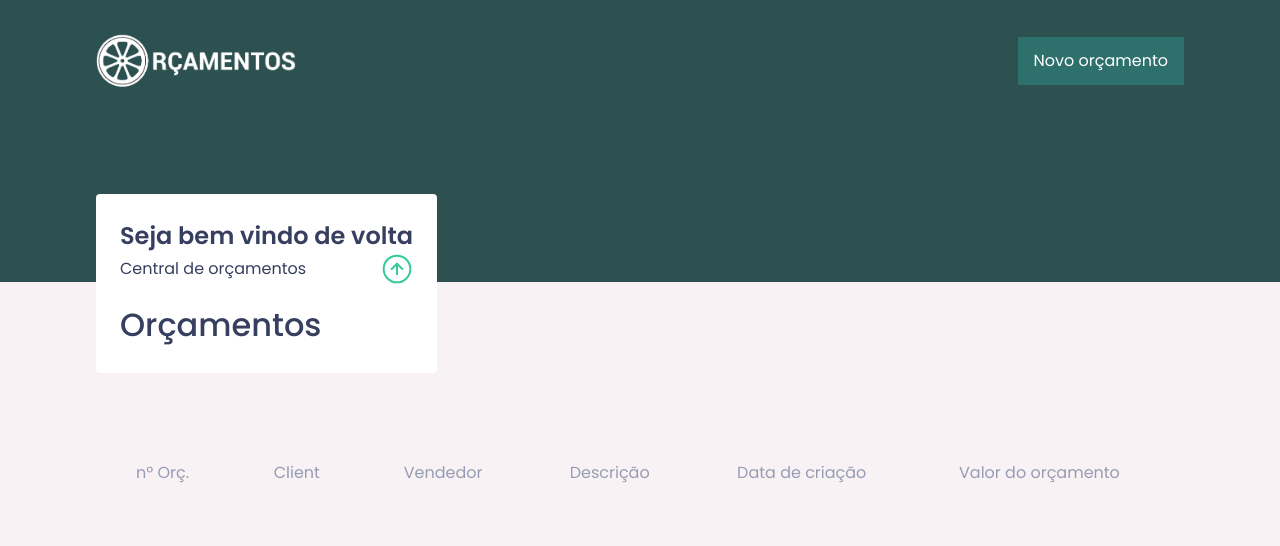
Repository: soualexandre/frentend-botOrcamentos
Page: /
An editor plug-in stored every save of this project. The page is shown before and after the next save, followed by the edit.
The browser window is 1280 px wide. The pictures show the whole page.
The page's requests for data from a server got no answer. The project was rebuilt for these pictures with package versions that can differ from the ones it lists, and the page was loaded fresh each time. No one was signed in, and anything a server would have sent is missing.

Above is the page before, as saved 2021-07-20 17:45:58.

### public/index.html
<!DOCTYPE html>
<html lang="en">
  <head>
    <link rel="preconnect" href="https://fonts.googleapis.com">
    <link rel="preconnect" href="https://fonts.gstatic.com" crossorigin>
    <meta charset="utf-8" />
    <meta name="viewport" content="width=device-width, initial-scale=1" />
    <link href="https://fonts.googleapis.com/css2?family=Poppins:wght@400;500;600&display=swap" rel="stylesheet">
    <link rel="stylesheet" href="favicon.png" type="image/png">
    <title>DtMoney</title>
  </head>
  <body>
    <noscript>You need to enable JavaScript to run this app.</noscript>
    <div id="root"></div>
  </body>
</html>

### src/App.tsx
import { Dashboard } from './components/Dashboard';
import { Header } from './components/Header';
import { GlobalStyle } from './styles/global';
import { ToastContainer } from 'react-toastify';
import 'react-toastify/dist/ReactToastify.css';
import Modal from 'react-modal'
import { useState } from 'react';
import {NewTransactionModal} from './components/NewTransactionModal'
import { TransacticionsProvider } from './hooks/useTransactions';
Modal.setAppElement('#root');

export function App() {

  const [isNewTransactionModalOpen, setIsNewTransactionModalOpen] = useState(false);

  function hadleOpenNewTransactionModal() {
    setIsNewTransactionModalOpen(true)
  }
  function hadleCloseNewTransactionModal() {
    setIsNewTransactionModalOpen(false)
  }

  return (
    <TransacticionsProvider>
      <ToastContainer />
      <Header onOpenNewTransactionModal={hadleOpenNewTransactionModal}/>
      <Dashboard />
      <NewTransactionModal
      isOpen={isNewTransactionModalOpen}
      onRequestClose={hadleCloseNewTransactionModal}/>
      <GlobalStyle />
    </TransacticionsProvider>
  );
}

### src/components/Dashboard/index.tsx
import { Sumary } from "../Sumary";
import { TransactionsTable } from "../transactionsTable";
import { Container } from "./styles";


export function Dashboard(){
    return(
       <Container>
          <Sumary/>
          <TransactionsTable />
       </Container>
    );
}

### src/components/Header/index.tsx
import LogoImg from '../../assets/logo.png'
import { Container, Content } from './styles'

interface HeaderProps{
    onOpenNewTransactionModal: () => void;
}


export function Header({onOpenNewTransactionModal} :HeaderProps ) {
    return (
        <Container>
            <Content>
                <img src={LogoImg} alt="dtMoney" />
                <button type="button" onClick={onOpenNewTransactionModal}>
                    Novo orçamento
                </button>
            </Content>
        </Container>
    );
}

### src/styles/global.ts
import { createGlobalStyle } from 'styled-components'


export const GlobalStyle = createGlobalStyle`

    :root{
        --background: #f8f2f5;

        --red: #e52e40;
        --blue: #2D5051;
        --green: #33cc95;
        --blue-light:#2E706C;

        --text-title: #363f5f;
        --text-body: #969cb3;

        --shape: #ffffff;

    }

    *{
        margin: 0;
        padding: 0;
        box-sizing: border-box;
    }
    html{
        @media (max-width: 1080px){
            font-size: 93.5%;
        }

    }

    body{
        background: var(--background);
        -webkit-font-smoothing: antialiased;
    }

    body, input, textarea, button{
        font-family: 'Poppins', sans-serif;
        font-weight: 400;
    }

    h1, h2, h3, h4, h5, h6, strong{
        font-weight: 600;
    }

    button{
        cursor: pointer;
    }
    [disable]{
        opacity: 0.6;
        cursor: not-allowed;
    }



    .react-modal-overlay{
        background: rgba(0, 0, 0, 0.3);
        position: fixed;
        top: 0;
        bottom: 0;
        right: 0;
        left: 0;

        display: flex;
        justify-content: center;
        align-items: center;
    }
    .react-modal-content{
        width: 100%;
        max-width: 576px;
        background: var(--background);
        padding: 3rem;
        position: relative;
        border-radius: 0.25rem;
    }
    .react-modal-close{
        position: absolute;
        right: 1.5rem;
        top: 1.5rem;
        border: 0;
        background: transparent;
        transition: filter 0.2s;
        &:hover{
            filter: brightness(0.8);
        }
    }


`;

### src/components/NewTransactionModal/index.tsx
import Modal from 'react-modal'
import { FormEvent, useState } from 'react'
import { Container, TransactionsTypeContainer, RadioBox } from './styles'
import closeImg from '../../assets/close.svg'
import { useTransactions } from '../../hooks/useTransactions';

interface NewTransactionModalProps {
    isOpen: boolean;
    onRequestClose: () => void;
}



export function NewTransactionModal({ isOpen, onRequestClose }: NewTransactionModalProps) {
    const {createTransaction} = useTransactions();

    const [client, setClient] = useState('');
    const [seller, setSeller] = useState('');
    const [description, setDescription] = useState('');
    const [budget_amount, setValueBudget] = useState(0);

     async function handleCreateNewTransaction(event: FormEvent) {
        event.preventDefault();
        await createTransaction({
          client,
          seller,
          description,
          budget_amount,
      })
      setClient('');
      setSeller('');
      setDescription('');
      setValueBudget(0);
      onRequestClose();
    }
    return (
        <Modal
            isOpen={isOpen}
            onRequestClose={onRequestClose}
            overlayClassName="react-modal-overlay"
            className="react-modal-content"
        >
            <button
                type="button"
                onClick={onRequestClose}
                className="react-modal-close">
                <img src={closeImg} alt="fechar modal" />
            </button>

            <Container >
                <h2>Criar orçamento</h2>
                <input
                    placeholder="Cliente"
                    onChange={ (e) => setClient(e.target.value)}
                />

                <input
                    type="text"
                    placeholder="Vendedor"
                    onChange={ (e) => setSeller(e.target.value)}
                />
                <input
                    type="number"
                    placeholder="Valor da orçamento"
                    onChange={ (e) => setValueBudget(Number(e.target.value))}

                />
                <textarea
                placeholder="Descrição do orçamento"
                onChange={ (e) => setDescription(e.target.value)}
                />


                <button type="submit" onClick={handleCreateNewTransaction} >
                    Cadastrar
                </button>


            </Container>

        </Modal>
    );
}

### src/hooks/useTransactions.tsx
import {createContext, useEffect, useState, ReactNode, useContext} from 'react';
import { api } from "../services/api";
import { toast } from 'react-toastify';


interface Transaction {
    id: number;
    client: string;
    seller: string;
    description: string;
    created_at: string;
    budget_amount: number;
}
interface TransactionsContextData{
    transactions: Transaction[];
    createTransaction: (transaction:TransactionInput) => Promise<void>;
    deleteTransaction: (productId: number) => void;
}

type TransactionInput = Omit<Transaction, 'id' | 'created_at'>;

interface TrabsactionsProviderProps{
    children: ReactNode;
}
 const TransactionsContext = createContext<TransactionsContextData>(
    {} as TransactionsContextData
    );


export function TransacticionsProvider({children} : TrabsactionsProviderProps){
    const [transactions, setTransactions] = useState<Transaction[]>([]);


   async function createTransaction(transactionInput: TransactionInput){
      const response = await api.post('/budget/create', {
        ...transactionInput,
    })
    console.log(response.data)
    setTransactions([
        response.data,
        ...transactions
    ])

    }
    async function deleteTransaction(productId: number){
       const response =  await api.delete(`/budget/delete/${productId}`)
        setTransactions(response.data)
        toast.success('Orçamento removido com sucesso');
    }

    useEffect(() => {
        api.get('budget')
            .then(response => setTransactions(response.data))
    },[])

    return (
        <TransactionsContext.Provider value={{transactions, createTransaction, deleteTransaction}}>
            {children}
        </TransactionsContext.Provider>
    );
}

export function useTransactions(){
    const context = useContext(TransactionsContext);
    return context;
}

### src/components/Sumary/index.tsx
import { Container } from './styles'
import iconImg from '../../assets/income.svg'

export function Sumary() {


    return (
        <Container>
            <div>
                    <h2>
                        Seja bem vindo de volta
                    </h2>
                <header>
                    <p>Central de orçamentos</p>
                    <img src={iconImg} alt=" icon" />
                </header>
                <strong>
                    Orçamentos
                </strong>
            </div>
        </Container >
    );
}

### src/components/transactionsTable/index.tsx
import { useTransactions } from "../../hooks/useTransactions";
import { Container } from './styles'
import DeleteImg from '../../assets/delete.svg'
import viewImg from '../../assets/view.svg'
import EditImg from '../../assets/edit.svg'

export function TransactionsTable() {
    const { transactions, deleteTransaction } = useTransactions();

    async function handleCreateNewTransaction(id: number) {
        deleteTransaction(id);
    }


    return (
        <Container>
            <table>
                <thead>
                    <tr>
                        <th>nº Orç.</th>
                        <th>Client</th>
                        <th>Vendedor</th>
                        <th>Descrição</th>
                        <th>Data de criação</th>
                        <th>Valor do orçamento</th>
                    </tr>
                </thead>
                <tbody>
                    {transactions.map(transaction => (
                        <tr key={transaction.id}>
                            <td>{transaction.id}</td>
                            <td>{transaction.client}</td>
                            <td>
                                {transaction.seller}
                            </td>
                            <td >{transaction.description}</td>
                            <td>{
                                new Intl.DateTimeFormat('pt-BR').format(
                                    new Date(transaction.created_at)
                                )}
                            </td>
                            <td>
                                {new Intl.NumberFormat('pt-BR', {
                                    style: 'currency',
                                    currency: 'BRL',
                                }).format(transaction.budget_amount)}
                            </td>
                            <td>

                                <div className="optionsIncons">
                                    <img src={viewImg} alt="Deletar orçamento" onClick={() => handleCreateNewTransaction(transaction.id)}></img>
                                    <img src={EditImg} alt="Deletar orçamento" onClick={() => handleCreateNewTransaction(transaction.id)}></img>
                                    <img src={DeleteImg} alt="Deletar orçamento" onClick={() => handleCreateNewTransaction(transaction.id)}></img>
                                </div>
                            </td>
                        </tr>
                    ))}
                </tbody>
            </table>
        </Container>
    );
}

### src/components/Dashboard/styles.ts
import styled from 'styled-components'

export const Container = styled.header`
    max-width: 1120px;
    margin:0 auto;
    padding: 4.5rem 1rem;
`;

### src/components/Header/styles.ts
import styled from 'styled-components'

export const Container = styled.header`
    background: var(--blue);

`;
export const Content = styled.header`
    background: var(--blue);
    max-width: 1120px;
    margin: 0 auto;
    padding: 2rem 1rem 12rem;

    display: flex;
    align-items: center;
    justify-content: space-between;
    button{
        font-size: 1rem;
        color: #fff;
        background: var(--blue-light);
        border: 0;
        padding:0.2rem;
        padding-left: 1rem;
        padding-right: 1rem;
        height: 3rem;

        transition: filter 0.2s;
        &:hover{
            filter: brightness(0.9);
        }

    }
    img{
        width: 200px;
    }
`;

### src/components/NewTransactionModal/styles.ts
import styled from 'styled-components'
import { darken, transparentize } from 'polished';

export const Container = styled.form`
        h2{
            color: var(--text-title);
            font-size: 1.5rem;
            margin-bottom: 2rem;
        }

        input{
            width: 100%;
            padding: 0 1.5rem;
            height: 4rem;
            border-radius: 0.25rem;
            border: 1px solid #d7d7d7;
            background: #e7e9ee;
            font-weight: 400;
            font-size: 1rem;

            &::placeholder{
                color: vat(--text-body);

            }
            & + input {
                margin-top: 1rem;
            }
        }
        textarea{
            width: 100%;
            padding: 1rem 1.5rem;
            height: 8rem;
            border-radius: 0.25rem;
            border: 1px solid #d7d7d7;
            background: #e7e9ee;
            font-weight: 400;
            font-size: 1rem;
            margin-top: 1rem;
        }
        button[type="submit"]{
            width: 100%;
            padding: 0 1.3rem;
            height: 4rem;
            background: var(--green);
            color: #fff;
            border-radius: 0.25rem;
            border: 0;
            font-size: 1rem;
            margin-top: 1.5rem;
            font-weight: 600;
            transition: filter 0.2s;
            &:hover{
                filter: brightness(0.9)
            }
        }


`;

export const TransactionsTypeContainer = styled.div`

        margin: 1rem 0;
        display: grid;
        grid-template-columns: 1fr 1fr;
        gap: 0.5rem;


`;

interface RadioBoxProps{
    isActive: boolean;
    activeColor: 'green' | 'red';
}
const colors ={
    green: '#33cc95',
    red: '#e52e40',
}

export const RadioBox = styled.button<RadioBoxProps>`
    height: 4rem;
            border: 1px solid #d2d2d2;
            border-radius: 0.25rem;

            background: ${(props) => props.isActive
            ? transparentize(0.9, colors[props.activeColor])
            : 'transparent'
            };


            display: flex;
            align-items: center;
            justify-content:center;
            transition: border-color 0.2s;

            &:hover{
                border-color: ${darken(0.2, '#000')};
            }

            img{
                height: 20px;
                width: 20px;
            }
            span{
                display: inline-block;
                margin: 1rem;
                font-size: 1rem;
                color: var(--text-title);
            }
`;

### src/services/api.ts
import axios from 'axios';

export const api = axios.create({
    baseURL: 'http://localhost:8000/api',
})

### src/components/Sumary/styles.ts
import styled from 'styled-components'


export const Container = styled.div`
    display: grid;
    grid-template-columns: repeat(3,1fr);
    gap: 2rem;
    margin-top: -10rem;

div{
    background: var(--shape);
    padding: 1.5rem;
    border-radius: 0.25rem;
    color: var(--text-title);

    &.highlightBackground{
        background: #33cc95;
        color: #fff;
    }
    header{
        display: flex;
        align-items: center;
        justify-content: space-between;
    }

    strong{
        display: block;
        margin-top: 1rem;
        font-size: 2rem;
        line-height: 3rem;
        font-weight: 500;
    }

}
`;

### src/components/transactionsTable/styles.ts
import styled from "styled-components";

export const Container = styled.div`
  margin-top: 4rem;
  table {
    width: 100%;
    border-spacing: 0.5rem;
    th {
      color: var(--text-body);
      font-weight: 400;
      padding: 1rem 2rem;
      text-align: left;
      line-height: 1.5rem;
    }
    td {
      padding: 1rem 2rem;
      border: 0;
      background: var(--shape);
      color: var(--text-body);
      border-radius: 0.25rem;

      &.first-child {
        color: var(--text-title);
      }

        img {
          width: 1.5rem;
          height: 1.5rem;
      }
    }

  }
 div{
  display: flex;
  justify-content:center;
  align-items: center;
  gap: 1rem;
  }


`;

Loaded but not shown: src/index.tsx (common file)

After the next save:
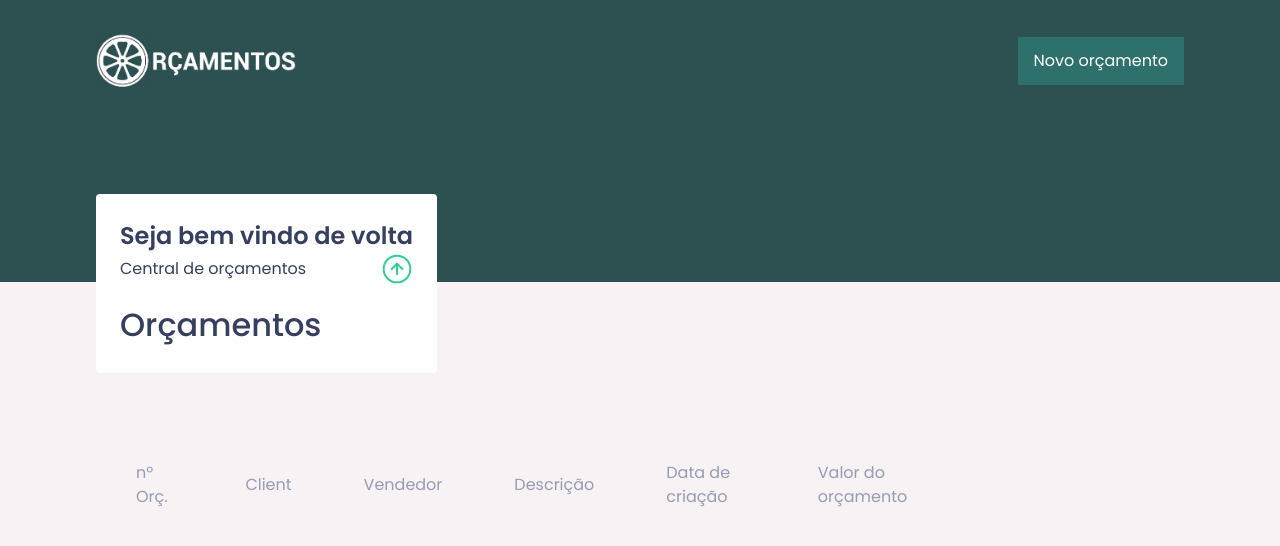
Saved 23 s later.
--- a/src/components/Dashboard/styles.ts
+++ b/src/components/Dashboard/styles.ts
@@ -4,4 +4,7 @@
     max-width: 1120px;
     margin:0 auto;
     padding: 4.5rem 1rem;
+    table{
+        width: 80%;
+    }
 `;

After the save that followed:
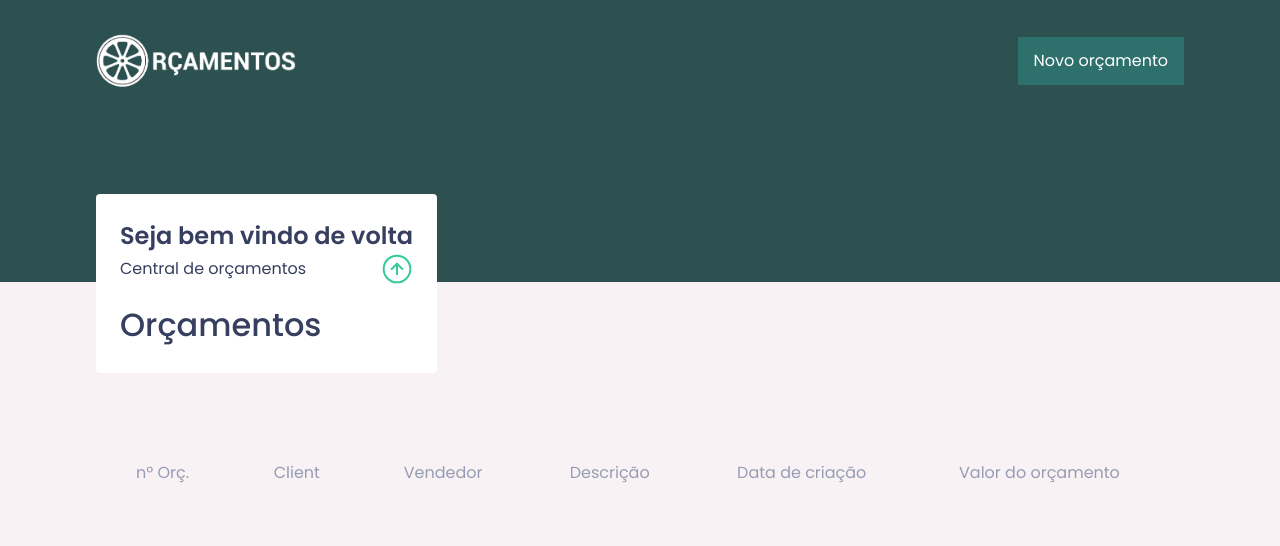
Saved 7 s later.
--- a/src/components/Dashboard/styles.ts
+++ b/src/components/Dashboard/styles.ts
@@ -4,7 +4,5 @@
     max-width: 1120px;
     margin:0 auto;
     padding: 4.5rem 1rem;
-    table{
-        width: 80%;
-    }
+
 `;
